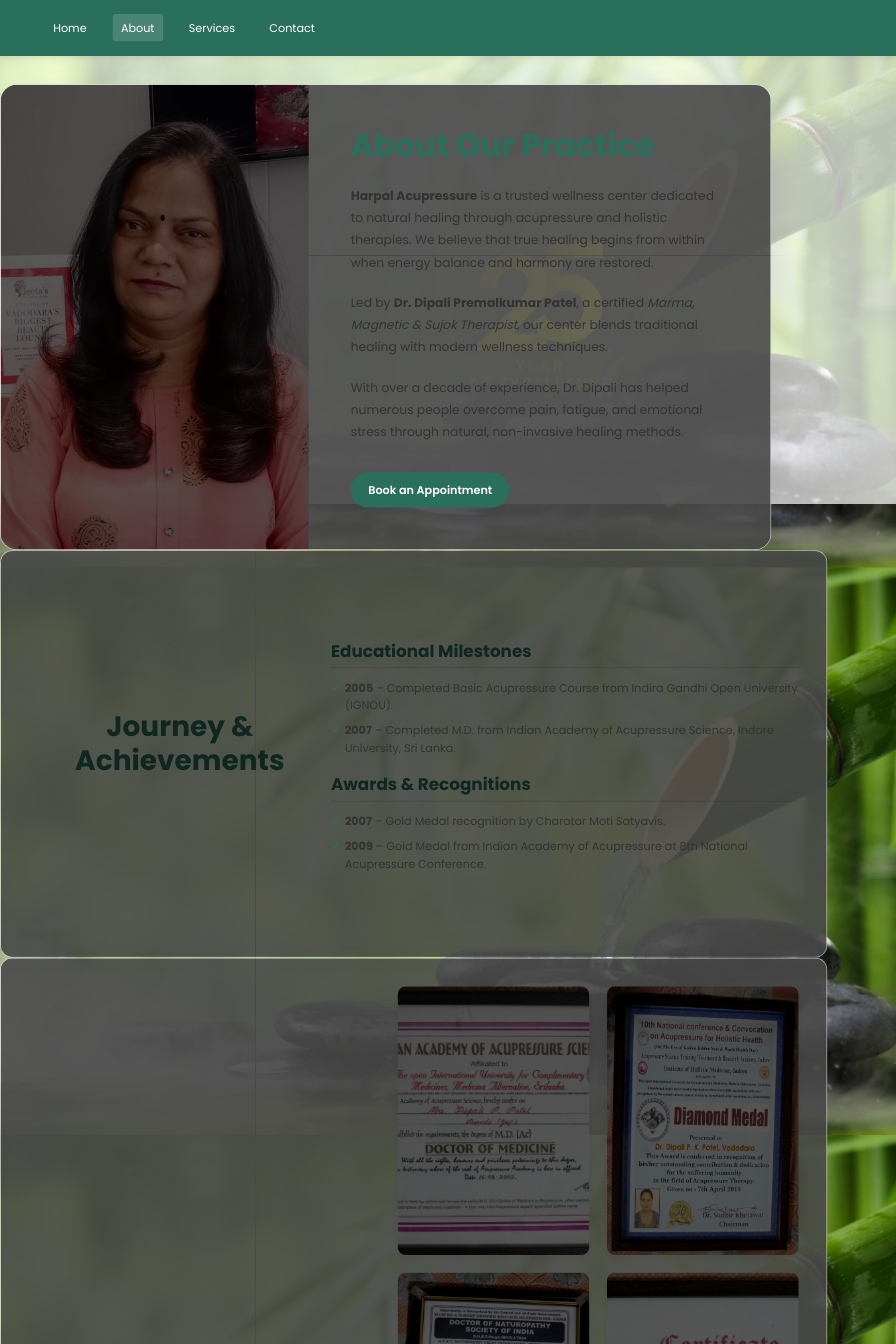
Repository: swasthiik/my-websites
Page: about.html
These files come from the project's save history. The page is drawn as it stood at one moment and after the next save; the edit follows.
The browser window is 1280 px wide. The pictures show the part of the page from y = 0 to 1920 px (the page is 6864 px tall before and 6862 px after), at 70% of full size.
Backgrounds fixed to the window are drawn as part of the page.

Above is the page before, as saved 2025-11-01 10:02:29.

### about.html
<!DOCTYPE html>
<html lang="en">
<head>
  <meta charset="utf-8" />
  <meta name="viewport" content="width=device-width,initial-scale=1" />
  <meta name="description" content="Learn about Harpal Acupressure, Dr. Dipali Premalkumar Patel's journey, achievements, and dedication to holistic healing." />
  <title>About Us — Harpal Acupressure</title>

  <!-- Google Font -->
  <link href="https://fonts.googleapis.com/css2?family=Poppins:wght@300;400;600;700&display=swap" rel="stylesheet">

  <!-- Favicon -->
  <link rel="icon" href="images/logo.jpg">

  <!-- CSS -->
  <link rel="stylesheet" href="style.css">
  <link rel="stylesheet" href="about.css">
</head>

<body class="about-page">
  <!-- HEADER -->
  <header>
    <button class="mobile-menu-button" id="menu-button" aria-label="Open navigation menu" aria-expanded="false">
        <span class="dot" aria-hidden="true"></span>
        <span class="dot" aria-hidden="true"></span>
        <span class="dot" aria-hidden="true"></span>
    </button>
    <nav class="nav-menu" id="nav-menu" aria-label="Main navigation">
      <ul>
        <li><a href="index.html">Home</a></li>
        <li><a href="about.html" class="active">About</a></li>
        <li><a href="index.html#services">Services</a></li>
        <li><a href="contact.html">Contact</a></li>
      </ul>
    </nav>
  </header>

  <!-- MAIN CONTENT AREA -->
  <main>
    <!-- NEW & IMPROVED ABOUT SECTION -->
    <section id="about" class="about-section content-glass-bg" aria-labelledby="about-title">
      <div class="about-content-new">
        <!-- Dr. Patel's Portrait -->
        <div class="about-portrait">
          <img src="images/photo1.png" alt="Dr. Dipali Premalkumar Patel">
        </div>

        <!-- Main Text Content with Watermark -->
        <div class="about-text-container">
          <img src="images/photo2.png" alt="25 Years of Excellence" class="excellence-watermark">
          <h2 id="about-title">About Our Practice</h2>
          <p>
            <strong>Harpal Acupressure</strong> is a trusted wellness center dedicated to natural healing through acupressure and holistic therapies. We believe that true healing begins from within when energy balance and harmony are restored.
          </p>
          <p>
            Led by <strong>Dr. Dipali Premalkumar Patel</strong>, a certified <em>Marma, Magnetic & Sujok Therapist</em>, our center blends traditional healing with modern wellness techniques.
          </p>
          <p>
            With over a decade of experience, Dr. Dipali has helped numerous people overcome pain, fatigue, and emotional stress through natural, non-invasive healing methods.
          </p>
          <a href="contact.html" class="btn">Book an Appointment</a>
        </div>
      </div>
    </section>

    <!-- JOURNEY & ACHIEVEMENTS SECTION -->
    <section id="journey" class="journey-section content-glass-bg" aria-labelledby="journey-achievements-title">
        <h2 id="journey-achievements-title">Journey & Achievements</h2>
        <div class="content-box">
            <h3>Educational Milestones</h3>
            <ul>
                <li><strong>2005</strong> – Completed Basic Acupressure Course from Indira Gandhi Open University (IGNOU).</li>
                <li><strong>2007</strong> – Completed M.D. from Indian Academy of Acupressure Science, Indore University, Sri Lanka.</li>
            </ul>
            <h3>Awards & Recognitions</h3>
            <ul>
                <li><strong>2007</strong> – Gold Medal recognition by Charotar Moti Satyavis.</li>
                <li><strong>2009</strong> – Gold Medal from Indian Academy of Acupressure at 8th National Acupressure Conference.</li>
            </ul>
        </div>
    </section>

    <!-- ⭐ CERTIFICATES & AWARDS SECTION (ADDED BACK IN) ⭐ -->
    <section id="achievements" class="achievements-section content-glass-bg" aria-labelledby="certificates-awards-title">
      <h2 id="certificates-awards-title">Our Certificates & Awards</h2>
      <p>We are proud to showcase our milestones, recognitions, and excellence in holistic wellness.</p>
      <div class="trophy-grid">
          <div class="trophy-card"><img src="images/crt1.jpg" alt="Certificate 1"></div>
          <div class="trophy-card"><img src="images/crt2.jpg" alt="Certificate 2"></div>
          <div class="trophy-card"><img src="images/crt3.jpg" alt="Certificate 3"></div>
          <div class="trophy-card"><img src="images/crt4.jpg" alt="Certificate 4"></div>
          <div class="trophy-card"><img src="images/crt5.jpg" alt="Certificate 5"></div>
          <div class="trophy-card"><img src="images/crt6.jpg" alt="Certificate 6"></div>
          <div class="trophy-card"><img src="images/crt7.jpg" alt="Certificate 7"></div>
          <div class="trophy-card"><img src="images/crt8.jpg" alt="Certificate 8"></div>
          <div class="trophy-card"><img src="images/crt9.jpg" alt="Certificate 9"></div>
          <div class="trophy-card"><img src="images/crt10.jpg" alt="Certificate 10"></div>
          <div class="trophy-card"><img src="images/crt11.jpg" alt="Certificate 11"></div>
          <div class="trophy-card"><img src="images/crt12.jpg" alt="Certificate 12"></div>
          <div class="trophy-card"><img src="images/crt13.jpg" alt="Certificate 13"></div>
          <div class="trophy-card"><img src="images/crt14.jpg" alt="Certificate 14"></div>
          <div class="trophy-card"><img src="images/crt16.jpg" alt="Certificate 16"></div>
          <div class="trophy-card"><img src="images/crt17.jpg" alt="Certificate 17"></div>
          <div class="trophy-card"><img src="images/crt18.jpg" alt="Certificate 18"></div>
          <div class="trophy-card"><img src="images/crt19.jpg" alt="Certificate 19"></div>
          <div class="trophy-card"><img src="images/crt20.jpg" alt="Certificate 20"></div>
          <div class="trophy-card"><img src="images/crt21.jpg" alt="Certificate 21"></div>
          <div class="trophy-card"><img src="images/crt22.jpg" alt="Certificate 22"></div>
          <div class="trophy-card"><img src="images/crt23.jpg" alt="Certificate 23"></div>
          <div class="trophy-card"><img src="images/crt24.jpg" alt="Certificate 24"></div>
          <div class="trophy-card"><img src="images/crt25.jpg" alt="Certificate 25"></div>
          <div class="trophy-card"><img src="images/crt26.jpg" alt="Certificate 26"></div>
          <div class="trophy-card"><img src="images/crt27.jpg" alt="Certificate 27"></div>
      </div>
    </section>
  </main>

  <!-- FOOTER -->
  <footer>
    &copy; <span id="current-year"></span> Harpal Acupressure. All Rights Reserved.
  </footer>

  <script src="main.js"></script>
</body>
</html>

### about.css
/* about.css */

/* This body style sets a unique background specifically for the about page */
body.about-page {
  background: url("images/background3.jpg") no-repeat center center fixed;
  background-size: cover;
  position: relative;
}

/* Adds the light overlay for text readability */
body.about-page::before {
  content: "";
  position: fixed;
  inset: 0;
  background: rgba(255, 255, 255, 0.7);
  z-index: -1;
}

/* Main content area padding */
main {
  padding-top: 40px;
  padding-bottom: 60px;
}

/* ================================================= */
/* ==== NEW & PROFESSIONAL ABOUT SECTION DESIGN ==== */
/* ================================================= */

/* Main glass card for the About section */
.about-section {
  background: var(--glass-card-bg);
  border-radius: 24px;
  max-width: 1100px;
  width: 95%;
  box-shadow: 0 10px 40px var(--glass-card-shadow);
  border: 1px solid var(--glass-card-border);
  padding: 0;
  overflow: hidden;
}

.about-content-new {
  display: flex;
  flex-direction: column;
  align-items: center;
}

/* Portrait Image styling */
.about-portrait {
  width: 100%;
  max-height: 400px;
}

.about-portrait img {
  width: 100%;
  height: 100%;
  object-fit: cover;
  object-position: top center;
}

/* Text Container with Watermark */
.about-text-container {
  padding: 40px;
  position: relative;
  z-index: 1;
  text-align: center;
}

.about-text-container h2 {
  font-size: 2.8em;
  color: var(--primary-color);
  margin-bottom: 30px;
}

.about-text-container p {
  font-size: 1.1em;
  line-height: 1.8;
  color: var(--text-color-dark);
  margin-bottom: 1.5em;
}

/* The Watermark Image */
.excellence-watermark {
  position: absolute;
  top: 50%;
  left: 50%;
  transform: translate(-50%, -50%);
  width: 80%;
  max-width: 300px;
  opacity: 0.08;
  z-index: -1;
}

/* =================================== */
/* ==== JOURNEY & ACHIEVEMENTS SECTION ==== */
/* =================================== */

.journey-section {
  background: var(--glass-card-bg);
  border-radius: 18px;
  max-width: 1100px;
  width: 95%;
  box-shadow: 0 8px 32px 0 var(--glass-card-shadow);
  border: 1px solid var(--glass-card-border);
  padding: 40px;
}

.journey-section h2 {
    font-size: 2.5em;
    color: var(--primary-color);
    text-align: center;
    margin-bottom: 30px;
}

.journey-section .content-box { text-align: left; }
.journey-section h3 { color: var(--primary-color); margin-top: 25px; margin-bottom: 15px; font-size: 1.5em; border-bottom: 1px solid rgba(42, 111, 91, 0.3); padding-bottom: 8px; }
.journey-section ul { list-style-type: none; padding-left: 0; }
.journey-section li { margin-bottom: 10px; padding-left: 20px; position: relative; }
.journey-section li::before { content: '✓'; color: var(--primary-color); position: absolute; left: 0; font-weight: bold; }

/* ================================================ */
/* ==== ⭐ CERTIFICATES & AWARDS SECTION STYLES ⭐ ==== */
/* ================================================ */
.achievements-section {
  background: var(--glass-card-bg);
  border-radius: 18px;
  max-width: 1100px;
  width: 95%;
  box-shadow: 0 8px 32px 0 var(--glass-card-shadow);
  border: 1px solid var(--glass-card-border);
  padding: 40px;
}

.achievements-section h2 {
  font-size: 2.5em;
  color: var(--primary-color);
  text-align: center;
  margin-bottom: 15px;
}

.achievements-section p {
  text-align: center;
  margin-bottom: 40px;
  font-size: 1.1em;
  color: var(--text-color-dark);
}

.trophy-grid {
  display: grid;
  grid-template-columns: repeat(auto-fit, minmax(200px, 1fr));
  gap: 25px;
}
.trophy-card {
  border-radius: 12px;
  overflow: hidden;
  transition: transform 0.3s ease, box-shadow 0.3s ease;
  box-shadow: 0 5px 15px rgba(0,0,0,0.05);
}
.trophy-card:hover {
  transform: scale(1.05);
  box-shadow: 0 10px 25px rgba(0, 0, 0, 0.1);
}
.trophy-card img {
  width: 100%;
  height: 100%;
  object-fit: cover;
  display: block;
}


/* =================================== */
/* ==== RESPONSIVE DESIGN ==== */
/* =================================== */
@media (min-width: 900px) {
  .about-content-new {
    flex-direction: row;
    align-items: stretch;
  }

  .about-portrait {
    flex: 0 0 40%;
    max-height: none;
  }

  .about-text-container {
    flex: 1;
    padding: 60px;
    text-align: left;
  }

  .excellence-watermark {
    width: 60%;
    max-width: 350px;
  }
}
@media (max-width: 480px) {
    .trophy-grid { grid-template-columns: repeat(auto-fit, minmax(120px, 1fr)); gap: 15px; }
}

Loaded but not shown: main.js (70 lines, source omitted); style.css (203 lines, source omitted)

After the next save:
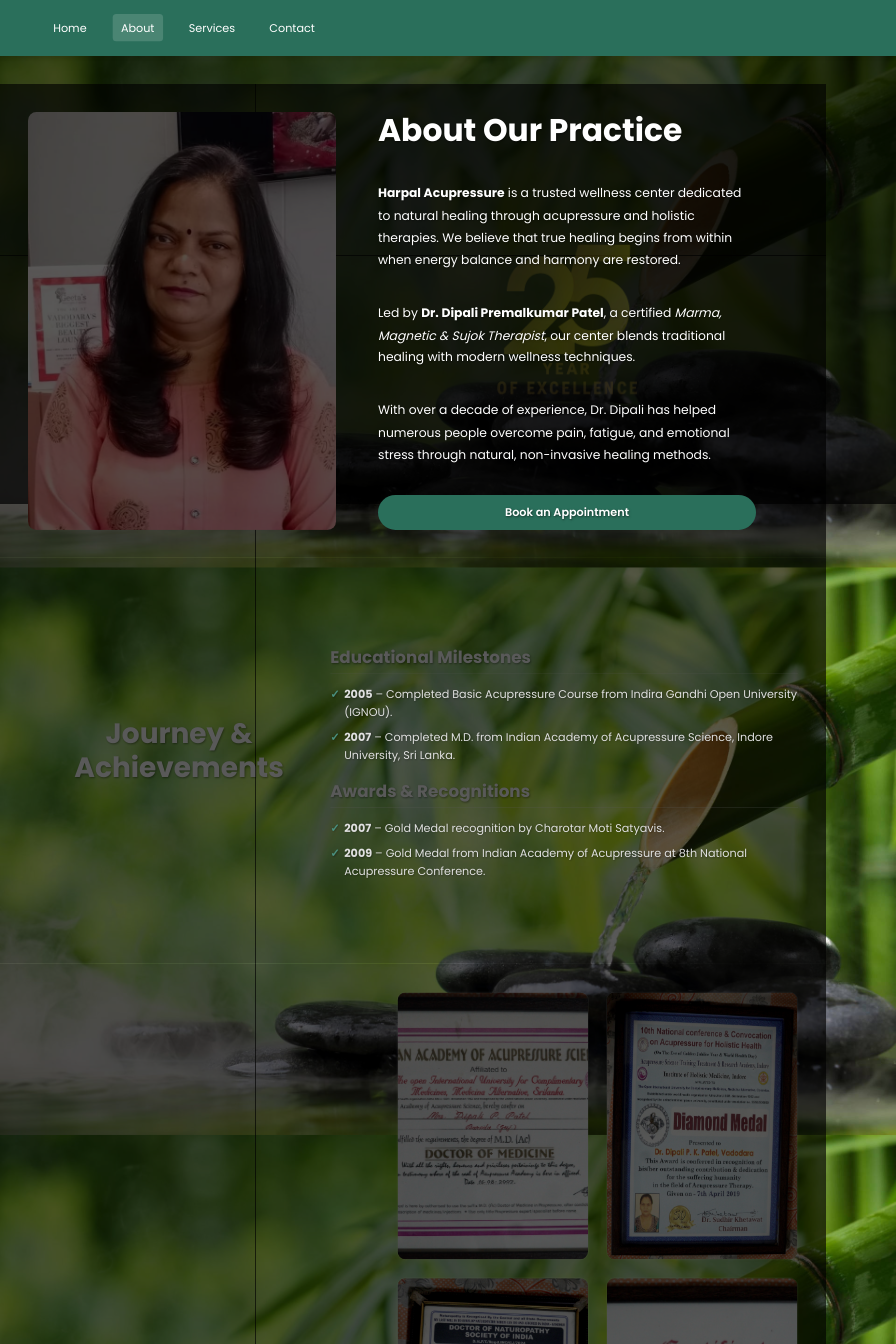
Saved 33 min 32 s later.
--- a/about.css
+++ b/about.css
@@ -7,12 +7,12 @@ body.about-page {
   position: relative;
 }
 
-/* Adds the light overlay for text readability */
+/* MODIFIED: Changed the light overlay to a dark one for text readability */
 body.about-page::before {
   content: "";
   position: fixed;
   inset: 0;
-  background: rgba(255, 255, 255, 0.7);
+  background: rgba(0, 0, 0, 0.7); /* Was rgba(255, 255, 255, 0.7) */
   z-index: -1;
 }
 
@@ -26,15 +26,15 @@ main {
 /* ==== NEW & PROFESSIONAL ABOUT SECTION DESIGN ==== */
 /* ================================================= */
 
-/* Main glass card for the About section */
+/* MODIFIED: Removed glass card styles */
 .about-section {
-  background: var(--glass-card-bg);
-  border-radius: 24px;
+  background: transparent; /* Was var(--glass-card-bg) */
+  border-radius: 0;
   max-width: 1100px;
   width: 95%;
-  box-shadow: 0 10px 40px var(--glass-card-shadow);
-  border: 1px solid var(--glass-card-border);
-  padding: 0;
+  box-shadow: none; /* Was 0 10px 40px var(--glass-card-shadow) */
+  border: none; /* Was 1px solid var(--glass-card-border) */
+  padding: 40px; /* Added padding for spacing */
   overflow: hidden;
 }
 
@@ -48,6 +48,8 @@ main {
 .about-portrait {
   width: 100%;
   max-height: 400px;
+  border-radius: 12px; /* Added a radius to the image */
+  overflow: hidden;
 }
 
 .about-portrait img {
@@ -59,22 +61,24 @@ main {
 
 /* Text Container with Watermark */
 .about-text-container {
-  padding: 40px;
+  padding: 40px 0; /* Adjusted padding */
   position: relative;
   z-index: 1;
   text-align: center;
-}
-
+  text-shadow: 1px 1px 3px rgba(0,0,0,0.5); /* Added for readability */
+}
+
+/* MODIFIED: Changed text color to be light */
 .about-text-container h2 {
   font-size: 2.8em;
-  color: var(--primary-color);
+  color: var(--text-color-light); /* Was var(--primary-color) */
   margin-bottom: 30px;
 }
 
 .about-text-container p {
   font-size: 1.1em;
   line-height: 1.8;
-  color: var(--text-color-dark);
+  color: var(--text-color-light); /* Was var(--text-color-dark) */
   margin-bottom: 1.5em;
 }
 
@@ -86,53 +90,60 @@ main {
   transform: translate(-50%, -50%);
   width: 80%;
   max-width: 300px;
-  opacity: 0.08;
+  opacity: 0.15; /* Increased opacity slightly */
   z-index: -1;
+  /* Consider using a white version of your watermark image for better visibility */
+  /* filter: invert(1); */
 }
 
 /* =================================== */
 /* ==== JOURNEY & ACHIEVEMENTS SECTION ==== */
 /* =================================== */
 
+/* MODIFIED: Removed glass card styles */
 .journey-section {
-  background: var(--glass-card-bg);
-  border-radius: 18px;
+  background: transparent; /* Was var(--glass-card-bg) */
+  border-radius: 0;
   max-width: 1100px;
   width: 95%;
-  box-shadow: 0 8px 32px 0 var(--glass-card-shadow);
-  border: 1px solid var(--glass-card-border);
+  box-shadow: none; /* Was 0 8px 32px 0 var(--glass-card-shadow) */
+  border: none; /* Was 1px solid var(--glass-card-border) */
   padding: 40px;
-}
-
+  text-shadow: 1px 1px 3px rgba(0,0,0,0.4); /* Added for readability */
+}
+
+/* MODIFIED: Changed text colors to be light */
 .journey-section h2 {
     font-size: 2.5em;
-    color: var(--primary-color);
+    color: var(--text-color-light); /* Was var(--primary-color) */
     text-align: center;
     margin-bottom: 30px;
 }
 
 .journey-section .content-box { text-align: left; }
-.journey-section h3 { color: var(--primary-color); margin-top: 25px; margin-bottom: 15px; font-size: 1.5em; border-bottom: 1px solid rgba(42, 111, 91, 0.3); padding-bottom: 8px; }
+.journey-section h3 { color: var(--text-color-light); margin-top: 25px; margin-bottom: 15px; font-size: 1.5em; border-bottom: 1px solid rgba(255, 255, 255, 0.3); padding-bottom: 8px; }
 .journey-section ul { list-style-type: none; padding-left: 0; }
-.journey-section li { margin-bottom: 10px; padding-left: 20px; position: relative; }
-.journey-section li::before { content: '✓'; color: var(--primary-color); position: absolute; left: 0; font-weight: bold; }
+.journey-section li { margin-bottom: 10px; padding-left: 20px; position: relative; color: #e0e0e0; }
+.journey-section li::before { content: '✓'; color: var(--accent-color); position: absolute; left: 0; font-weight: bold; }
 
 /* ================================================ */
 /* ==== ⭐ CERTIFICATES & AWARDS SECTION STYLES ⭐ ==== */
 /* ================================================ */
+/* MODIFIED: Removed glass card styles */
 .achievements-section {
-  background: var(--glass-card-bg);
-  border-radius: 18px;
+  background: transparent; /* Was var(--glass-card-bg) */
+  border-radius: 0;
   max-width: 1100px;
   width: 95%;
-  box-shadow: 0 8px 32px 0 var(--glass-card-shadow);
-  border: 1px solid var(--glass-card-border);
+  box-shadow: none; /* Was 0 8px 32px 0 var(--glass-card-shadow) */
+  border: none; /* Was 1px solid var(--glass-card-border) */
   padding: 40px;
 }
 
+/* MODIFIED: Changed text colors to be light */
 .achievements-section h2 {
   font-size: 2.5em;
-  color: var(--primary-color);
+  color: var(--text-color-light); /* Was var(--primary-color) */
   text-align: center;
   margin-bottom: 15px;
 }
@@ -141,7 +152,8 @@ main {
   text-align: center;
   margin-bottom: 40px;
   font-size: 1.1em;
-  color: var(--text-color-dark);
+  color: var(--text-color-light); /* Was var(--text-color-dark) */
+  text-shadow: 1px 1px 3px rgba(0,0,0,0.4); /* Added for readability */
 }
 
 .trophy-grid {
@@ -149,15 +161,18 @@ main {
   grid-template-columns: repeat(auto-fit, minmax(200px, 1fr));
   gap: 25px;
 }
+
+/* MODIFIED: Removed shadow and added a subtle transparent background */
 .trophy-card {
   border-radius: 12px;
   overflow: hidden;
   transition: transform 0.3s ease, box-shadow 0.3s ease;
-  box-shadow: 0 5px 15px rgba(0,0,0,0.05);
+  box-shadow: none; /* Was 0 5px 15px rgba(0,0,0,0.05) */
+  border: 1px solid rgba(255, 255, 255, 0.2); /* Added light border */
 }
 .trophy-card:hover {
   transform: scale(1.05);
-  box-shadow: 0 10px 25px rgba(0, 0, 0, 0.1);
+  box-shadow: 0 0 25px rgba(255, 255, 255, 0.1); /* Subtle glow effect on hover */
 }
 .trophy-card img {
   width: 100%;
@@ -183,8 +198,11 @@ main {
 
   .about-text-container {
     flex: 1;
-    padding: 60px;
+    padding: 0 60px; /* Adjusted padding */
     text-align: left;
+    display: flex;
+    flex-direction: column;
+    justify-content: center;
   }
 
   .excellence-watermark {
